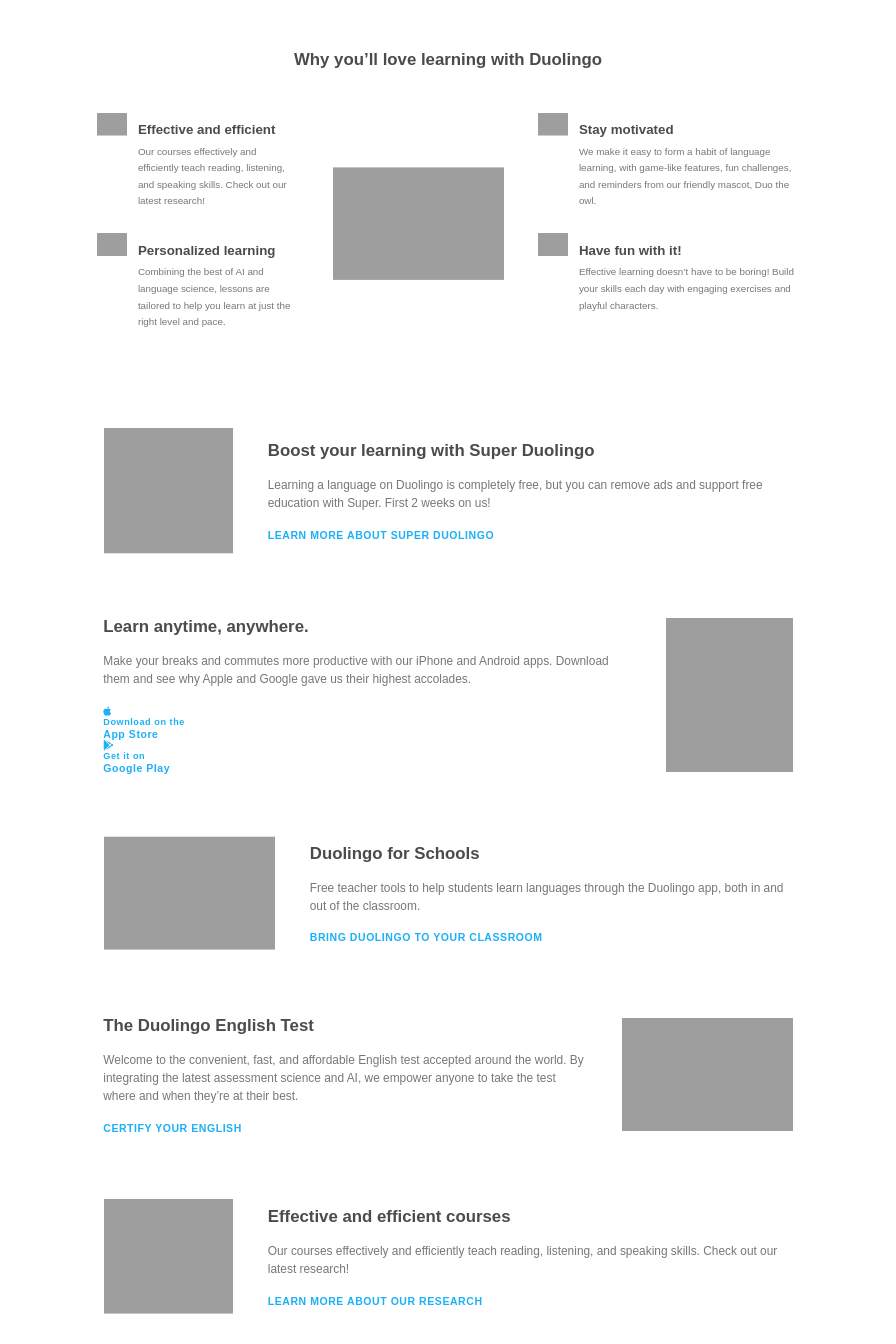
Repository: kauittt/duolingo-little
Page: login.html
The author's editor kept a copy of each file at every save. The page is drawn from the files as they stood at one save, then again after the next save.
The browser window is 1280 px wide. The pictures show the part of the page from y = 937 to 2857 px (the page is 2857 px tall), at 70% of full size.
Pictures or frames that could not be fetched are drawn as grey boxes. A picture or video elsewhere on the page could not be fetched, so the positions and the page height are approximate. Some web libraries are served in a nearby version.

Above is the page before, as saved 2023-03-26 20:45:42.

After the next save:
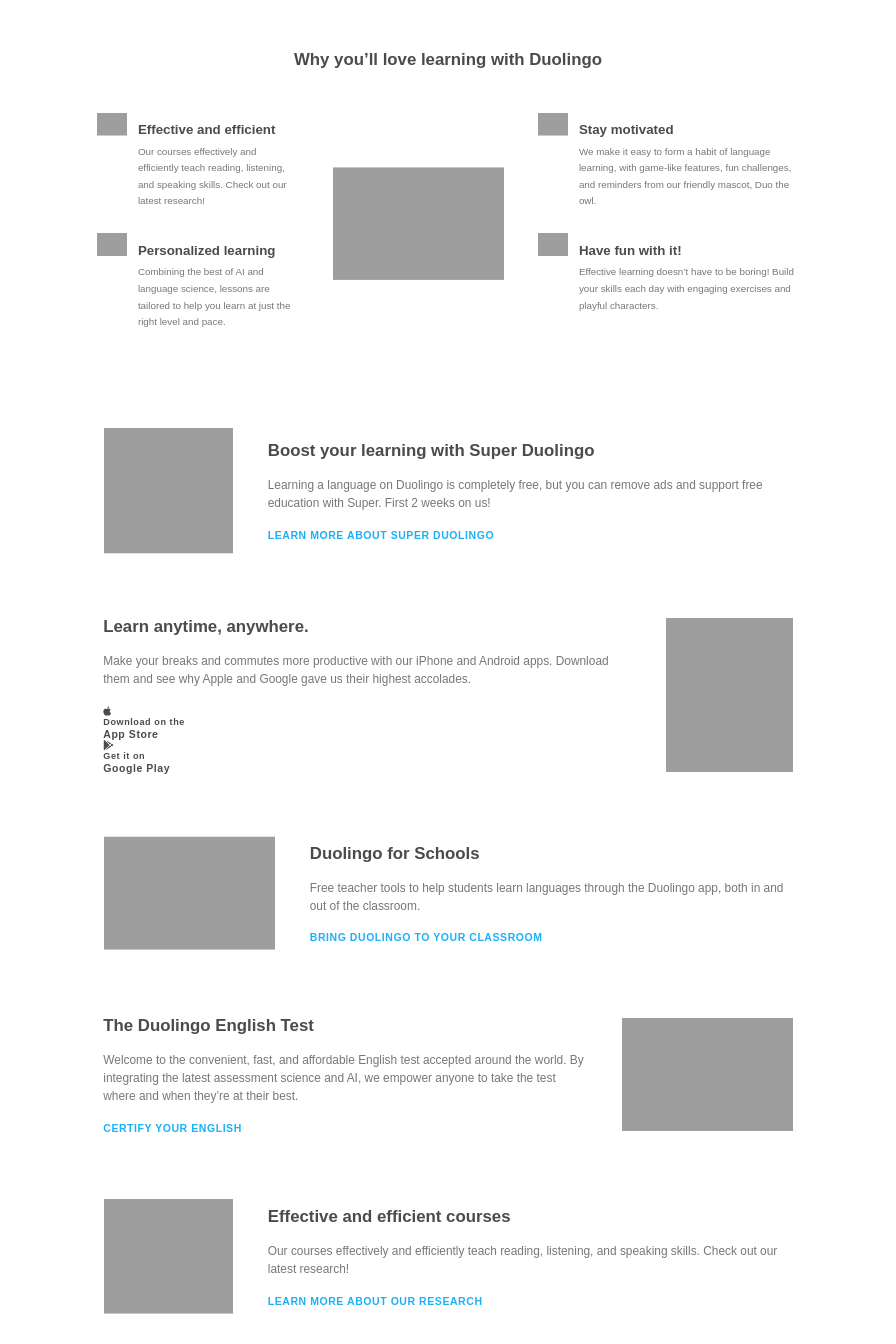
Saved 42 s later.
--- a/assets/css/stytes.css
+++ b/assets/css/stytes.css
@@ -216,6 +216,7 @@
 
 .section-content__link-item {
     text-transform: none;
+    color: rgb(75, 75, 75);
 }
 
 .section-content__link-item-content {
